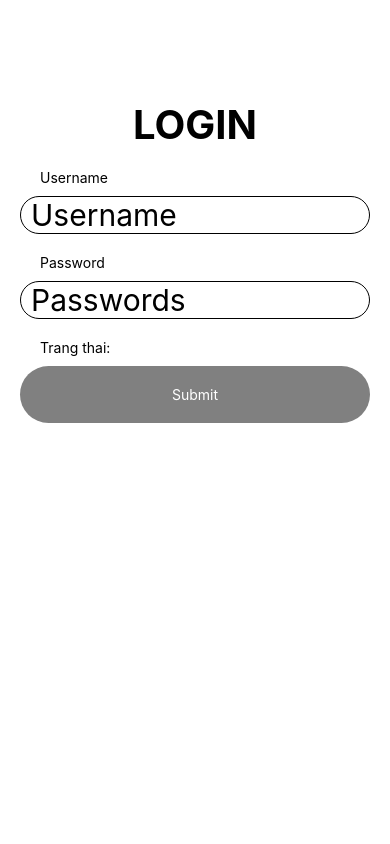
Repository: vietnguyenhoangw/ReactNative-FirstApplication
Screen: /
An editor plug-in stored every save of this project. The screen is shown before and after the next save, followed by the edit.
The app was drawn by React Native's web renderer in a window 390 px wide. The project was rebuilt for these pictures with package versions that can differ from the ones it lists, and the page was loaded fresh each time.

Above is the screen before, as saved 2019-12-11 09:43:32.

### App.js
// import thu vien

import React, {Component} from "react"

import {
  View,
  Text,
  StyleSheet,
  TextInput,
  TouchableOpacity,
} from "react-native"

// code class, component : render

class HelloWorld extends Component {

  constructor(props) {
    super(props);

    this.state = {
      username: '',
      password: '',
      text: '',
    }
  }

  click() {
    var Username = "aaa";
    var Password = "bbb";

    if (this.state.username != Username) {
      console.log('Sai username, password')
      this.setState({
        text : "Sai username, password"
      })
    }else {
      if (this.state.password != Password) {
        console.log('Sai username, password')
        this.setState({
          text : "Sai username, password"
        })
      }
      else {
        console.log('Thanh Cong')
        this.setState({
          text : "Thanh cong"
        })
      }
    }
  }

  render() {
    return(
      <View style={styles.viewOnScreen}>

        <View style={styles.viewHeader}>

          <Text style={styles.textTitle}>LOGIN</Text>

        </View>

        <View style={styles.body}>

          <Text style={styles.textUser}>Username</Text>

          <TextInput
            style={styles.textInput}
            placeholder = "Username"
            onChangeText={(text) => this.setState({username:text})}/>

          <Text style={styles.textUser}>Password</Text>

          <TextInput style={styles.textInput}
           placeholder = "Passwords"
           onChangeText={(text) => this.setState({password:text})} />

          <Text style={styles.textUser}>Trang thai: {this.state.text}</Text>

          <TouchableOpacity
            style={styles.btn}
            onPress={() => {this.click()}}>
            <Text style={styles.textBtn}>Submit</Text>
          </TouchableOpacity>

        </View>

      </View>
    );
  }
}

const styles = StyleSheet.create({
  viewOnScreen: {
    width: '100%',
    height: '100%'
  },
  viewHeader: {
      width:'100%',
  },
  textTitle: {
    textAlign:'center',
    marginTop: 100,
    marginBottom: 20,
    fontWeight:'bold',
    fontSize: 40
  },
  textUser: {
    marginLeft: 40,
    marginRight: 20,
    marginBottom: 10,
  },
  textInput:{
    borderRadius:50,
    marginBottom: 20,
    marginLeft: 20,
    marginRight: 20,
    borderWidth:1,
    borderColor: 'black',
    fontSize:30,
    paddingLeft: 10,
    paddingRight: 10
  },
  btn: {
    borderRadius:50,
    backgroundColor:'gray',
    marginLeft: 20,
    marginRight: 20,
    padding:20,
  },
  textBtn: {
    width:'100%',
    color: 'white',
    textAlign:'center',
  }
});

export default HelloWorld

After the next save:
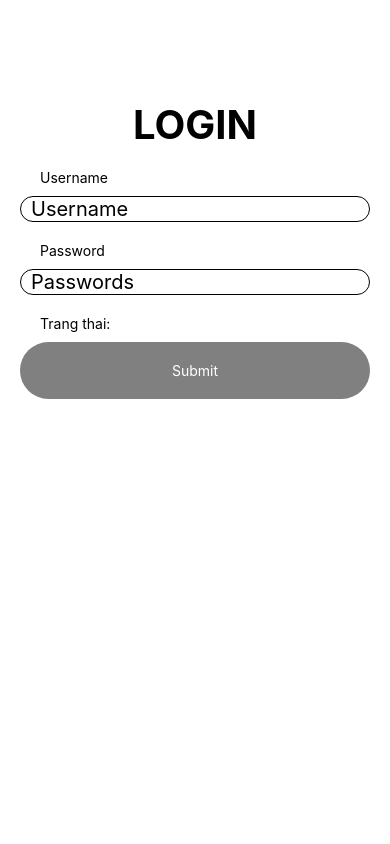
Saved 19 s later.
--- a/App.js
+++ b/App.js
@@ -116,7 +116,7 @@ const styles = StyleSheet.create({
     marginRight: 20,
     borderWidth:1,
     borderColor: 'black',
-    fontSize:30,
+    fontSize:20,
     paddingLeft: 10,
     paddingRight: 10
   },
